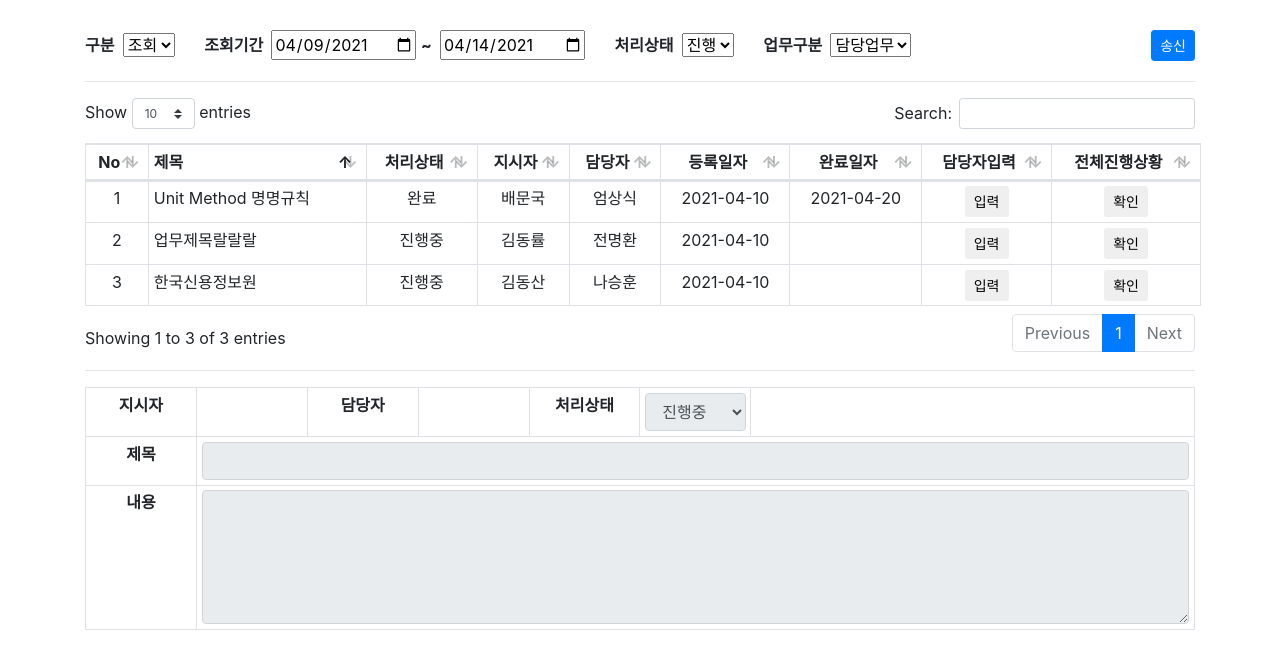
Repository: jungtaeyong/FSB_Project
Page: http://localhost/FsbJobMgt/main.jsp
An editor plug-in stored every save of this project. The page is shown before and after the next save, followed by the edit.
The browser window is 1280 px wide. The pictures show the whole page.
The page is served by Tomcat 9.

Above is the page before, as saved 2021-04-16 05:47:49.

### FsbJobMgt/WebContent/main.jsp
<%@ page language="java" contentType="text/html; charset=EUC-KR" pageEncoding="EUC-KR"%>
<%@ include file="/modal1_Adding.jsp" %>

<!DOCTYPE html PUBLIC "-//W3C//DTD HTML 4.01 Transitional//EN" "http://www.w3.org/TR/html4/loose.dtd">
<html>
<head>
<meta http-equiv="Content-Type" content="text/html; charset=EUC-KR">
<title>업무 관리</title>
</head>
<body>
<!-- jquery  -->
<script type="text/javascript" src="js/jquery-3.6.0.min.js"></script>

<!-- bootstrap -->
<link rel="stylesheet" type="text/css" href="lib/Bootstrap-4-4.1.1/css/bootstrap.min.css"/>
<script type="text/javascript" src="lib/Bootstrap-4-4.1.1/js/bootstrap.min.js"></script>

<!-- datatables -->
<link rel="stylesheet" type="text/css" href="lib/DataTables-1.10.24/css/dataTables.bootstrap4.min.css"/>
<script type="text/javascript" src="lib/DataTables-1.10.24/js/jquery.dataTables.min.js"></script>
<script type="text/javascript" src="lib/DataTables-1.10.24/js/dataTables.bootstrap4.min.js"></script>
<script>
$(document).ready(function() {
	/* 초기 조회 조건 세팅 */
	$('#REQUEST_TYPE').val('1'); //구분
	$('#BZWR_STS').val('01'); //처리상태
	$('#BZWR_DSTC').val('2'); //업무구분

	let befor7days= new Date();
	befor7days.setDate(befor7days.getDate()-5);
	document.getElementById('FROM_DATE').valueAsDate = befor7days; //FROM_DATE
	document.getElementById('TO_DATE').valueAsDate = new Date(); //TO_DATE

	/* 테이블 초기 로딩 */
	setTable();

	/* 송신버튼 */
	$('#action_submit').click(function(){
		let dvcd = $('#REQUEST_TYPE').val();
		if(dvcd=='1'){
			console.log('조회');
			setTable();
		}else if(dvcd=='2'){
			console.log('등록');
			createNewJob();
		}else if(dvcd=='3'){
			console.log('변경');
			updateJob();
		}
	});

	/* 구분 변경 이벤트 처리 */
	$('#REQUEST_TYPE').change(function() {
		let dvcd = $('#REQUEST_TYPE').val();
		if(dvcd=='1'){
			$('#BZWR_EXC_CHGR_BTN').hide();
			$('#BZWR_STS_2').attr("disabled",true);
			$('#BZWR_TTL').attr("disabled",true);
			$('#BZWR_CNTN').attr("disabled",true);
		}else if(dvcd=='2'){
			$('#BZWR_INDC_CHGR').text('로그인 유저');
			$('#BZWR_EXC_CHGR').text('');
			$('#BZWR_EXC_CHGR_BTN').show();
			$('#BZWR_STS_2').attr("disabled",true);
			$('#BZWR_TTL').val("");
			$('#BZWR_CNTN').val("");
			$('#BZWR_TTL').removeAttr("disabled");
			$('#BZWR_CNTN').removeAttr("disabled");
		}else if(dvcd=='3'){
			$('#BZWR_EXC_CHGR_BTN').show();
			$('#BZWR_STS_2').removeAttr("disabled");
			$('#BZWR_TTL').removeAttr("disabled");
			$('#BZWR_CNTN').removeAttr("disabled");
			alert('변경할 데이터를 선택해주세요.');
		}
	});

} );

/* 테이블 데이터 로딩 및 기능 세팅 */
function setTable(){
	/* 테이블 데이터 로딩 */
	let sendData = {
    		REQUEST_TYPE:$('#REQUEST_TYPE').val(),
    		FROM_DATE:$('#FROM_DATE').val(),
    		TO_DATE:$('#TO_DATE').val(),
    		BZWR_STS:$('#BZWR_STS').val(),
    		BZWR_DSTC:$('#BZWR_DSTC').val()
    };
	console.log('sendData',sendData);
	let jobList = $('#job_list').DataTable( {
        ajax : {
        	url : 'lib/testJson2.json',
        	type : 'POST',
        	data : sendData
        },
        columns : [
			{data: null },
			{data: "BZWR_TTL" },
            {data: "BZWR_STS", render : function ( data, type, row, meta ) {
            	if(data=="01"){
            		return '진행중';
            	}else if(data=="02"){
            		return '완료';
            	}
            }},
            {data: "BZWR_INDC_CHGR_TXT" },
            {data: "BZWR_EXC_CHGR_TXT" },
            {data: "BZWR_REG_DT" },
            {data: "BZWR_CMPL_DT" },
            {data: null , render : function ( data, type, row, meta ) {
                return '<button name="first_btn" class="btn btn-sm btn-default">입력</button>'
            }},
            {data: null , render : function ( data, type, row, meta ) {
                return '<button name="second_btn" class="btn btn-sm btn-default">확인</button>'
            }}
        ],
        columnDefs: [{ className: 'text-center', targets: [0,2,3,4,5,6,7,8] }],
        order: [[ 1, 'asc' ]]
    });

	/* 테이블 Index 생성을 위한 함수 */
	jobList.on( 'order.dt search.dt', function () {
		jobList.column(0, {search:'applied', order:'applied'}).nodes().each( function (cell, i) {
	        cell.innerHTML = i+1;
	    } );
	} ).draw();

	/* 테이블 클릭 이벤트  -> 클릭한 row에 해당하는 데이터를 상세 정보에 보여줌*/
	$('#job_list tbody').on('click', 'td:nth-child(-n+7)', function () {
		let data = jobList.row( this ).data();
	    console.log('Table Click Event',data);

		if($('#REQUEST_TYPE').val()!='2'){ //"구분-등록" 상태면 반응 없음.
	        $('#BZWR_INDC_CHGR').text(data.BZWR_INDC_CHGR_TXT); //지시자
	        $('#BZWR_EXC_CHGR').text(data.BZWR_EXC_CHGR_TXT); //담당자
	        $('#BZWR_STS_2').val(data.BZWR_STS); //처리상태(업무상태)
	        $('#BZWR_TTL').val(data.BZWR_TTL); //제목
	        $('#BZWR_CNTN').val(data.BZWR_CNTN); //내용
	        if($('#REQUEST_TYPE').val()=='1' || data.BZWR_STS=='02'){
	        	$('#BZWR_EXC_CHGR_BTN').hide();
				$('#BZWR_STS_2').attr("disabled",true);
				$('#BZWR_TTL').attr("disabled",true);
				$('#BZWR_CNTN').attr("disabled",true);
	        }else{
	        	$('#BZWR_EXC_CHGR_BTN').show();
				$('#BZWR_STS_2').removeAttr("disabled");
				$('#BZWR_TTL').removeAttr("disabled");
				$('#BZWR_CNTN').removeAttr("disabled");
	        }
		}
	} );

	/* 선택된  row 하이라이트 */
	$('#job_list tbody').on('click', 'tr', function() {
		$('#job_list tbody > tr').css('background-color','#ffffff');
		$(this).css('background-color','#f0f5f5');
	});

	/* 테이블 버튼 이벤트(담당자입력) */
	$('#job_list tbody').on( 'click', 'button[name="first_btn"]', function () {
	    let data = jobList.row( $(this).parents('tr') ).data();
		//console.log("First Button",data);
		setData(data); //모달 페이지로 데이터를 전달하기 위한 함수
		$('#exampleModal').modal();
	} );

	/* 테이블 버튼 이벤트(전체진행상황) */
	$('#job_list tbody').on( 'click', 'button[name="second_btn"]', function () {
	    let data = jobList.row( $(this).parents('tr') ).data();
		//console.log("Second Button",data);
	    setData(data); //모달 페이지로 데이터를 전달하기 위한 함수
		$('#exampleModalCenter').modal();
	} );
}

/* 등록 */
function createNewJob(){
	$.ajax({
		url:'',
		dataType:'application/json',
		data : {
			REQUEST_TYPE:$('#REQUEST_TYPE').val(), //구분(조회,등록,변경)
			BZWR_DSTC:$('#BZWR_DSTC').val(), //업무구분
			BZWR_INDC_CHGR:'로그인 유저', //업무지시담당자
			BZWR_EXC_CHGR:'담당자', //업무수행담당자
			BZWR_STS:'1', //업무상태 (등록 시 진행으로 세팅)
			BZWR_TTL:$('#BZWR_TTL').val(), //업무제목
			BZWR_CNTN:$('#BZWR_CNTN').val() //업무내용
		},
		success:function(data){
			alert('등록 되었습니다.');
	   }
	})
}

/* 변경 */
function updateJob(){
	$.ajax({
		url:'',
		dataType:'application/json',
		data : {
			REQUEST_TYPE:$('#REQUEST_TYPE').val(), //구분(조회,등록,변경)
			BZWR_DSTC:$('#BZWR_DSTC').val(), //업무구분
			BZWR_EXC_CHGR:'담당자', //업무수행담당자
			BZWR_STS:$('#BZWR_STS_2').val(), //업무상태
			BZWR_TTL:$('#BZWR_TTL').val(), //업무제목
			BZWR_CNTN:$('#BZWR_CNTN').val() //업무내용
		},
		success:function(data){
			alert('변경 되었습니다.');
	   }
	})
}

</script>
<div class="container" style="margin-top:30px">
	<!-- 조회 조건 -->
	<div>
		<div>
			<label style="font-weight:bold;">구분&nbsp;</label>
			<select id="REQUEST_TYPE" style="margin-right:25px">
			    <option value="1">조회</option>
			    <option value="2">등록</option>
			    <option value="3">변경</option>
			</select>
			<label style="font-weight:bold">조회기간&nbsp;</label>
			<input type="date" id="FROM_DATE" style="width:145px" value=""/>
			<label style="font-weight:bold">~&nbsp;</label>
			<input type="date" id="TO_DATE" value=""  style="margin-right:25px;width:145px"/>
			<label style="font-weight:bold;">처리상태&nbsp;</label>
			<select id="BZWR_STS" style="margin-right:25px">
			    <option value="01">진행</option>
			    <option value="02">완료</option>
			    <option value="03">전체</option>
			</select>
			<label style="font-weight:bold;">업무구분&nbsp;</label>
			<select id="BZWR_DSTC">
			    <option value="1">지시업무</option>
			    <option value="2">담당업무</option>
			</select>
			<input type='button' id="action_submit" class="btn btn-sm btn-primary" style="float:right" value='송신'/>
		</div>
	</div>
	<hr/>
	<!-- 목록 -->
	<div>
		<table id="job_list" class="table table-sm table-bordered">
	        <thead>
	            <tr>
	            	<th>No</th>
	                <th>제목</th>
	                <th>처리상태</th>
	                <th>지시자</th>
	                <th>담당자</th>
	                <th>등록일자</th>
	                <th>완료일자</th>
	                <th>담당자입력</th>
	                <th>전체진행상황</th>
	            </tr>
	        </thead>
	    </table>
	</div>
	<hr/>
	<!-- 상세 -->
	<div>
		<table class="table table-bordered table-sm display" style="text-align:center;">
			<tr>
				<th scope="col" width="10%">지시자</th>
				<td scope="col" id="BZWR_INDC_CHGR" width="10%"></td>
				<th scope="col" width="10%">담당자</th>
				<td scope="col" width="10%">
					<span id="BZWR_EXC_CHGR"></span>
					<button id="BZWR_EXC_CHGR_BTN" class="btn btn-sm btn-info" style="display:none">선택</button>
				</td>
				<th scope="col" width="10%">처리상태</th>
				<td scope="col" width="10%">
					<select id="BZWR_STS_2" class="form-control" disabled>
					    <option value="01">진행중</option>
					    <option value="02">완료</option>
					</select>
				</td>
				<td scope="col"></td>
			</tr>
			<tr>
				<th scope="row">제목</th><td colspan="6"><input type="text" id="BZWR_TTL" class="form-control input-sm" disabled/></td>
			</tr>
			<tr>
				<th scope="row">내용</th><td colspan="6"><textarea ID="BZWR_CNTN" class="form-control input-sm" rows="5" disabled></textarea></td>
			</tr>
		</table>
	</div>
</div>
</body>
</html>

### FsbJobMgt/WebContent/modal1_Adding.jsp
<%@ page language="java" contentType="text/html; charset=EUC-KR"
    pageEncoding="EUC-KR"%>
<!DOCTYPE html>

<html lang="en">
  <head>
    <!-- Required meta tags -->
    <meta charset="utf-8">
    <meta name="viewport" content="width=device-width, initial-scale=1, shrink-to-fit=no">

	<!-- jquery  -->
	<script type="text/javascript" src="js/jquery-3.6.0.min.js"></script>

	<!-- bootstrap -->
	<link rel="stylesheet" type="text/css" href="lib/Bootstrap-4-4.1.1/css/bootstrap.min.css"/>
	<script type="text/javascript" src="lib/Bootstrap-4-4.1.1/js/bootstrap.min.js"></script>




<!--     드롭다운 style -->
    <style>
	.dropbtn {
	  background-color: #4CAF50;
	  color: white;
	  padding: 16px;
	  font-size: 16px;
	  border: none;
	}

	.dropdown {
	  position: relative;
	  display: inline-block;
	}

	.dropdown-content {
	  display: none;
	  position: absolute;
	  background-color: #f1f1f1;
	  min-width: 160px;
	  box-shadow: 0px 8px 16px 0px rgba(0,0,0,0.2);
	  z-index: 1;
	}

	.dropdown-content a {
	  color: black;
	  padding: 12px 16px;
	  text-decoration: none;
	  display: block;
	}

	.dropdown-content a:hover {background-color: #ddd;}

	.dropdown:hover .dropdown-content {display: block;}

	.dropdown:hover .dropbtn {background-color: #3e8e41;}
	</style>

  </head>
  <script>
	function setData(data){
		let dataObjFromMain; //dataObjFromMain.JOB_CD 처럼 접근해서 사용.
		dataObjFromMain=data;
		console.log('dataObjFromMain',dataObjFromMain); //확인용

		/* 여기에 DB에 데이터 요청하고 받아오고 view에 적용하는 로직 작성 */
	}
  </script>
  <body>
    <!--
    <h1>In Page</h1>
	<button type="button" class="btn btn-primary" data-toggle="modal" data-target="#exampleModal" data-whatever="@mdo">담당자 추가</button>
	-->


	<!-- 	### 담당자 추가 -->
	<div class="modal fade" id="exampleModal" tabindex="-1" role="dialog" aria-labelledby="exampleModalLabel" aria-hidden="true">
	  <div class="modal-dialog" role="document">
	    <div class="modal-content">
	      <div class="modal-header">
	        <h5 class="modal-title" id="exampleModalLabel">담당자 추가</h5>
	        <button type="button" class="close" data-dismiss="modal" aria-label="Close">
	          <span aria-hidden="true">&times;</span>
	        </button>
	      </div>

	      <div class="modal-body">
		    <b>최초 지시자&emsp;</b> <em>OOO</em>
		    &emsp;&emsp;&emsp;&emsp;&emsp;
		    <b>현재 담당자&emsp;</b> <em>OOO</em>

	     	<br/><br/>

			<table>
				<tr><!--행(row)선언-->
	                <th><b>추가 담당자</b></th>


	                	<!-- <input type="text" name = "UserID" value="" placeholder = "담당자 입력" style="width:100px; right:30%;"/> -->
	                	<!-- <input type="text" class="form-control" id="recipient-name" style="width:100px; padding-left:10px"> -->
	                	<td>
	                	&emsp;
	                		<select name="solar_birth_yn" id="solar_birth_yn">
		                		<option value="none">부 서</option>
		 				       	<option value="1">IT</option>
					       	 	<option value="2">일반본부</option>
					   		</select>
					   	&emsp;
					   		<select name="solar_birth_yn" id="solar_birth_yn">
		                		<option value="none">팀</option>
		 				       	<option value="1">계정운영팀</option>
					       	 	<option value="2">계정개발팀</option>
					   		</select>
					   	&emsp;
					   		<select name="solar_birth_yn" id="solar_birth_yn">
		                		<option value="none">사원</option>
		 				       	<option value="1">홍길동</option>
					       	 	<option value="2">김동율</option>
					   		</select>
					    </td>

	                <!-- <th rowspan="2"><input type="submit" value="로그인"/></th> -->
        	    </tr>
			</table>


			<hr>

	        <form>
	          <div class="form-group">
	            <label for="recipient-name" class="col-form-label">제 목</label>
	            <input type="text" class="form-control" id="recipient-name">
	          </div>
	          <div class="form-group">
	            <label for="message-text" class="col-form-label">내 용</label>
	            <textarea class="form-control" id="message-text" style="height:100px"></textarea>
	          </div>
	        </form>
	      </div>

	      <div class="modal-footer">
	        <button type="button" class="btn btn-secondary" data-dismiss="modal">닫기</button>
	        <button type="button" class="btn btn-primary">등록</button>
	      </div>
	    </div>
	  </div>
	</div>

	<!-- 	### 지시현황 체크 -->
		<!-- Button trigger modal -->
	<!--
	<button type="button" class="btn btn-primary" data-toggle="modal" data-target="#exampleModalCenter">
	  지시현황
	</button>
	-->

	<!-- Modal -->
	<div class="modal fade" id="exampleModalCenter" tabindex="-1" role="dialog" aria-labelledby="exampleModalCenterTitle" aria-hidden="true">
	  <div class="modal-dialog modal-dialog-centered" role="document">
	    <div class="modal-content">
	      <div class="modal-header">
	        <h5 class="modal-title" id="exampleModalCenterTitle">지시현황</h5>
	        <button type="button" class="close" data-dismiss="modal" aria-label="Close">
	          <span aria-hidden="true">&times;</span>
	        </button>
	      </div>

	      <div class="modal-body">
		     <table class="table">
				 <thead>
				   <tr>
				      <th>지시자</th>
				      <th>담당자</th>
				      <th>처리 상태</th>
   				      <th>지시 일자</th>
				   </tr>
				 </thead>
				 <tbody>
				   <tr>
				      <td>John</td>
				      <td>Doe</td>
				      <td>진행중</td>
				      <td>2021.03.01</td>
				   </tr>
				   <tr>
				      <td>Doe</td>
				      <td>Moe</td>
				      <td>진행중</td>
   				      <td>2021.04.02</td>
				   </tr>
				   <tr>
				      <td>Moe</td>
				      <td>Ryul</td>
				      <td>완료</td>
				      <td>2021.04.10</td>
				   </tr>
				 </tbody>
			</table>
	      </div>

	      <div class="modal-footer">
	        <button type="button" class="btn btn-secondary" data-dismiss="modal">닫기</button>
	      </div>
	    </div>
	  </div>
</div>




 </body>
</html>

### FsbJobMgt/WebContent/lib/testJson2.json
{
  "data": [
    {
      "BZWR_DSTC": "1",
      "JOB_CD": "20210410123456",
      "SQNO": "1",
      "BZWR_STS": "01",
      "BZWR_REG_DT": "2021-04-10",
      "BZWR_CMPL_DT": "",
      "BZWR_INDC_CHGR": "221001",
      "BZWR_INDC_CHGR_TXT": "김동률",
      "BZWR_EXC_CHGR":"221002",
      "BZWR_EXC_CHGR_TXT":"전명환",
      "BZWR_TTL":"업무제목랄랄랄",
      "BZWR_CNTN":"업무내용호롤롤롤"
    },
    {
      "BZWR_DSTC": "1",
      "JOB_CD": "20210410153215",
      "SQNO": "2",
      "BZWR_STS": "01",
      "BZWR_REG_DT": "2021-04-10",
      "BZWR_CMPL_DT": "",
      "BZWR_INDC_CHGR": "221001",
      "BZWR_INDC_CHGR_TXT": "김동산",
      "BZWR_EXC_CHGR":"221002",
      "BZWR_EXC_CHGR_TXT":"나승훈",
      "BZWR_TTL":"한국신용정보원",
      "BZWR_CNTN":"일반신용정보관리규약 실무 해설"
    },
    {
      "BZWR_DSTC": "1",
      "JOB_CD": "20210410095031",
      "SQNO": "3",
      "BZWR_STS": "02",
      "BZWR_REG_DT": "2021-04-10",
      "BZWR_CMPL_DT": "2021-04-20",
      "BZWR_INDC_CHGR": "221001",
      "BZWR_INDC_CHGR_TXT": "배문국",
      "BZWR_EXC_CHGR":"221002",
      "BZWR_EXC_CHGR_TXT":"엄상식",
      "BZWR_TTL":"Unit Method 명명규칙",
      "BZWR_CNTN":"피대문자 어플리케이션코드 세자리 대문자 업무구분코드"
    }
 ]
}

Loaded but not shown: FsbJobMgt/WebContent/js/jquery-3.6.0.min.js (library); FsbJobMgt/WebContent/lib/Bootstrap-4-4.1.1/css/bootstrap.min.css (library); FsbJobMgt/WebContent/lib/Bootstrap-4-4.1.1/js/bootstrap.min.js (library); FsbJobMgt/WebContent/lib/DataTables-1.10.24/css/dataTables.bootstrap4.min.css (library); FsbJobMgt/WebContent/lib/DataTables-1.10.24/js/jquery.dataTables.min.js (library); FsbJobMgt/WebContent/lib/DataTables-1.10.24/js/dataTables.bootstrap4.min.js (library)

After the next save:
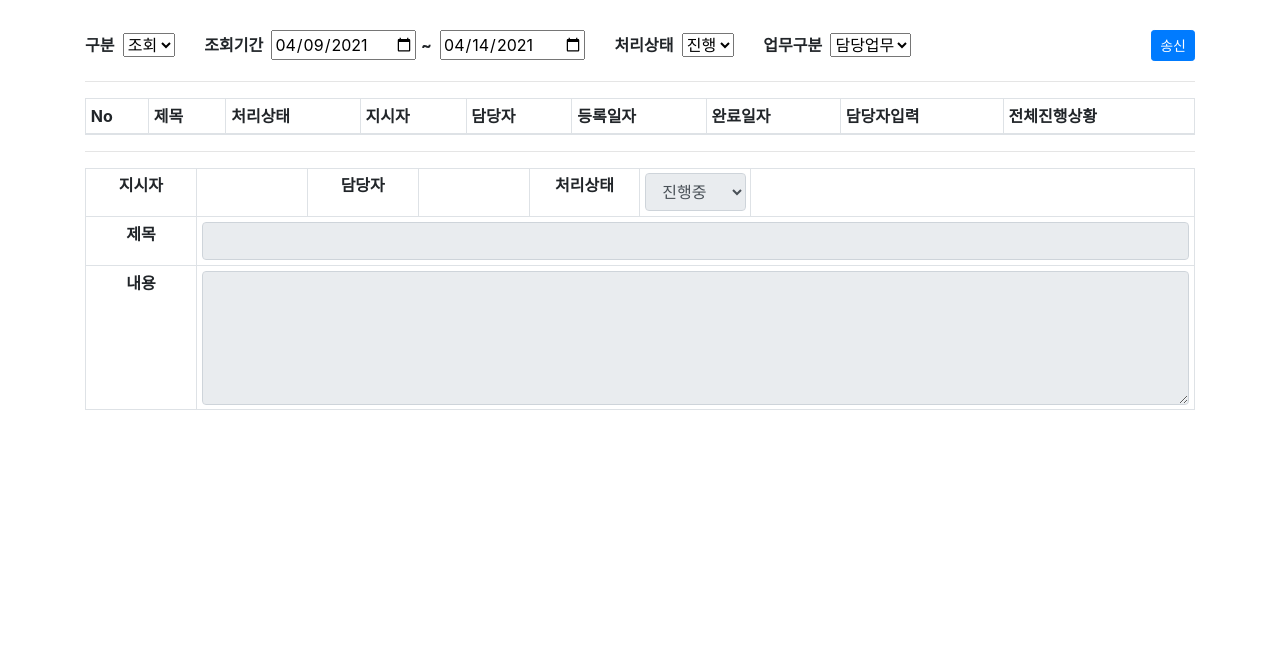
Saved 3 min 3 s later.
--- a/FsbJobMgt/WebContent/main.jsp
+++ b/FsbJobMgt/WebContent/main.jsp
@@ -31,8 +31,6 @@ $(document).ready(function() {
 	document.getElementById('FROM_DATE').valueAsDate = befor7days; //FROM_DATE
 	document.getElementById('TO_DATE').valueAsDate = new Date(); //TO_DATE
 
-	/* 테이블 초기 로딩 */
-	setTable();
 
 	/* 송신버튼 */
 	$('#action_submit').click(function(){
@@ -77,8 +75,7 @@ $(document).ready(function() {
 
 } );
 
-/* 테이블 데이터 로딩 및 기능 세팅 */
-function setTable(){
+
 	/* 테이블 데이터 로딩 */
 	let sendData = {
     		REQUEST_TYPE:$('#REQUEST_TYPE').val(),
@@ -172,7 +169,7 @@ function setTable(){
 	    setData(data); //모달 페이지로 데이터를 전달하기 위한 함수
 		$('#exampleModalCenter').modal();
 	} );
-}
+
 
 /* 등록 */
 function createNewJob(){
